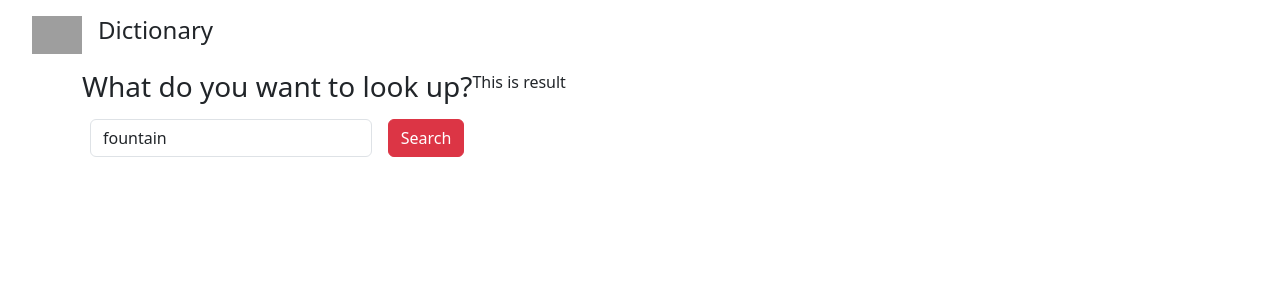
Repository: moehaymanmyint/react-dictionary-app
Page: /
An editor plug-in stored every save of this project. The page is shown before and after the next save, followed by the edit.
The browser window is 1280 px wide. The pictures show the whole page.
Pictures or frames that could not be fetched are drawn as grey boxes. The page's requests for data from a server got no answer. The project was rebuilt for these pictures with package versions that can differ from the ones it lists, and the page was loaded fresh each time. No one was signed in, and anything a server would have sent is missing.

Above is the page before, as saved 2024-08-28 10:29:02.

### src/App.js
import './App.css';
import 'bootstrap/dist/css/bootstrap.css';

import Search from "./Search"
import Result from "./Result"

function App() {
  return (
    <div className="App">
      {/* Logo */}
      <div className='logo m-3 d-flex align-items-center'>
        <img src="https://th.bing.com/th/id/R.1ebe3e38406a8906121c9769e62adc3e?rik=d1hISy0qiMJ7Hg&pid=ImgRaw&r=0" alt="Logo" className='mx-3'/>
        <h4>Dictionary</h4>
      </div>

      <div className='container d-flex'>
        {/* Header */}
        <div className="header">
          <h3>What do you want to look up?</h3>
          <Search />
        </div>

        {/* Content */}
        <div className="content" >
          <Result />
        </div>

      </div>
    </div>
  );
}

export default App;

### src/App.css
.App img{
    width: 50px;
}

### src/Search.js
import React, {useState} from "react";
import 'bootstrap/dist/css/bootstrap.css';
import axios from 'axios';

export default function Search(){
    let [word, setWord] = useState('fountain');

    let apiUrl =  `https://api.shecodes.io/dictionary/v1/define?word=${word}&key=03aa5321feb0a48eoca7a4tede1f2bb1`;
    axios.get(apiUrl).then(handleResponse);

    function handleResponse(response){
        console.log(response);
    }

    function handleSubmit(event){
        event.preventDefault();
        alert("searching for " + word);
    }

    function updateWord(event){
        setWord(event.target.value);
    }

    return (
        <form onSubmit={handleSubmit} className="d-flex">
            <input type="search" className="form form-control m-2" value={word} onChange={updateWord}/>
            <input type="submit" value="Search" className="btn btn-danger m-2"/>
        </form>
    );
}

### src/Result.js
import React from "react";

export default function Result(){
    return (
        <div className="Result">
            This is result
        </div>
    )
}

Loaded but not shown: public/index.html (common file); src/index.js (common file); src/index.css (common file); src/reportWebVitals.js (common file)

After the next save:
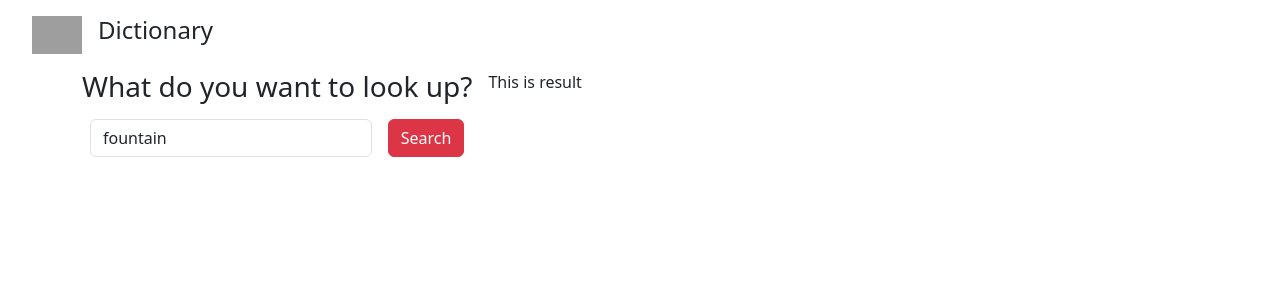
Saved 19 s later.
--- a/src/App.js
+++ b/src/App.js
@@ -21,7 +21,7 @@ function App() {
         </div>
 
         {/* Content */}
-        <div className="content" >
+        <div className="content mx-3" >
           <Result />
         </div>
 
